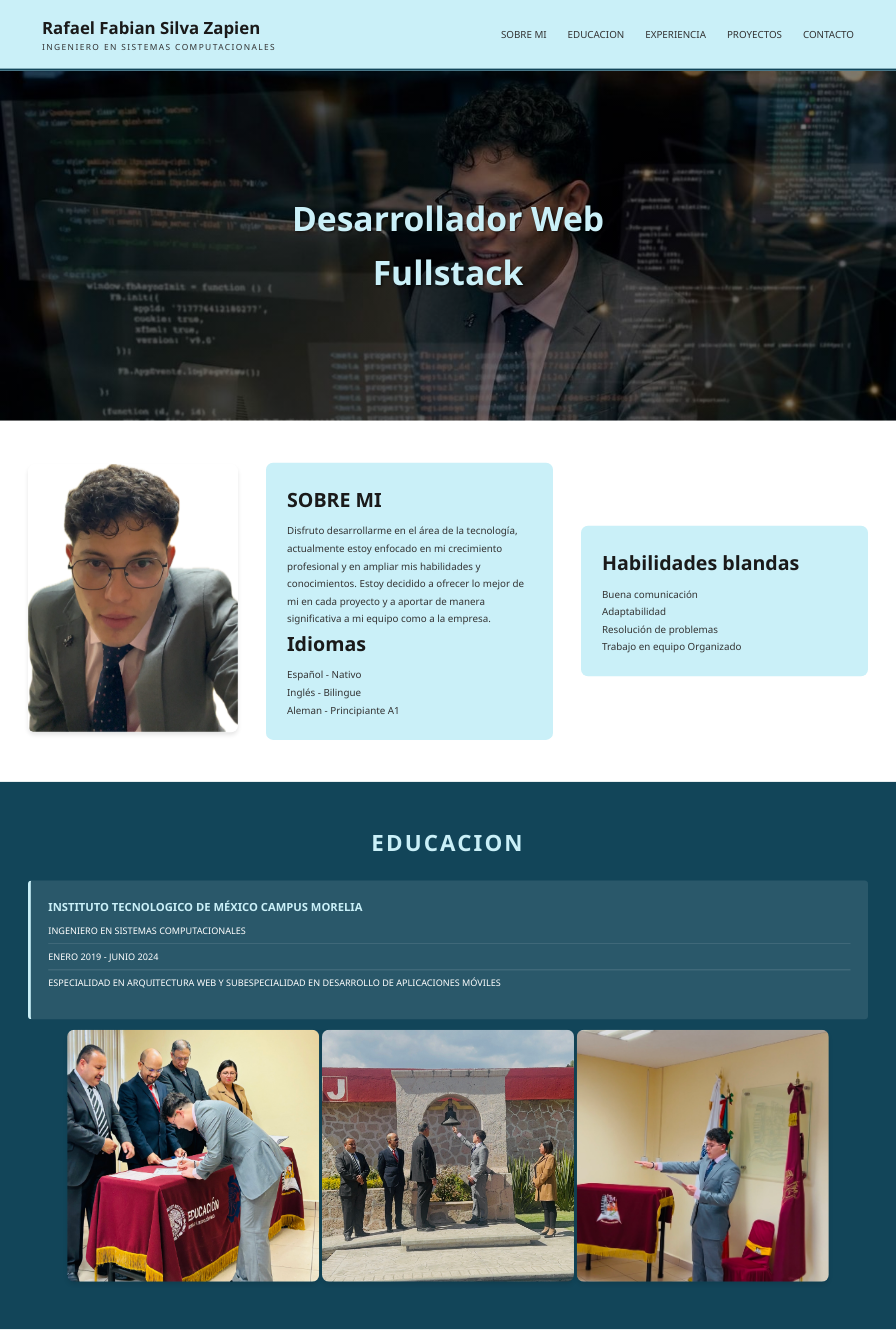
Repository: rafaelsilva2k/mi-portafolio
Page: index.html
The author's editor kept a copy of each file at every save. The page is drawn from the files as they stood at one save, then again after the next save.
The browser window is 1280 px wide. The pictures show the part of the page from y = 0 to 1920 px (the page is 3319 px tall), at 70% of full size.

Above is the page before, as saved 2026-04-17 12:58:42.

After the next save:
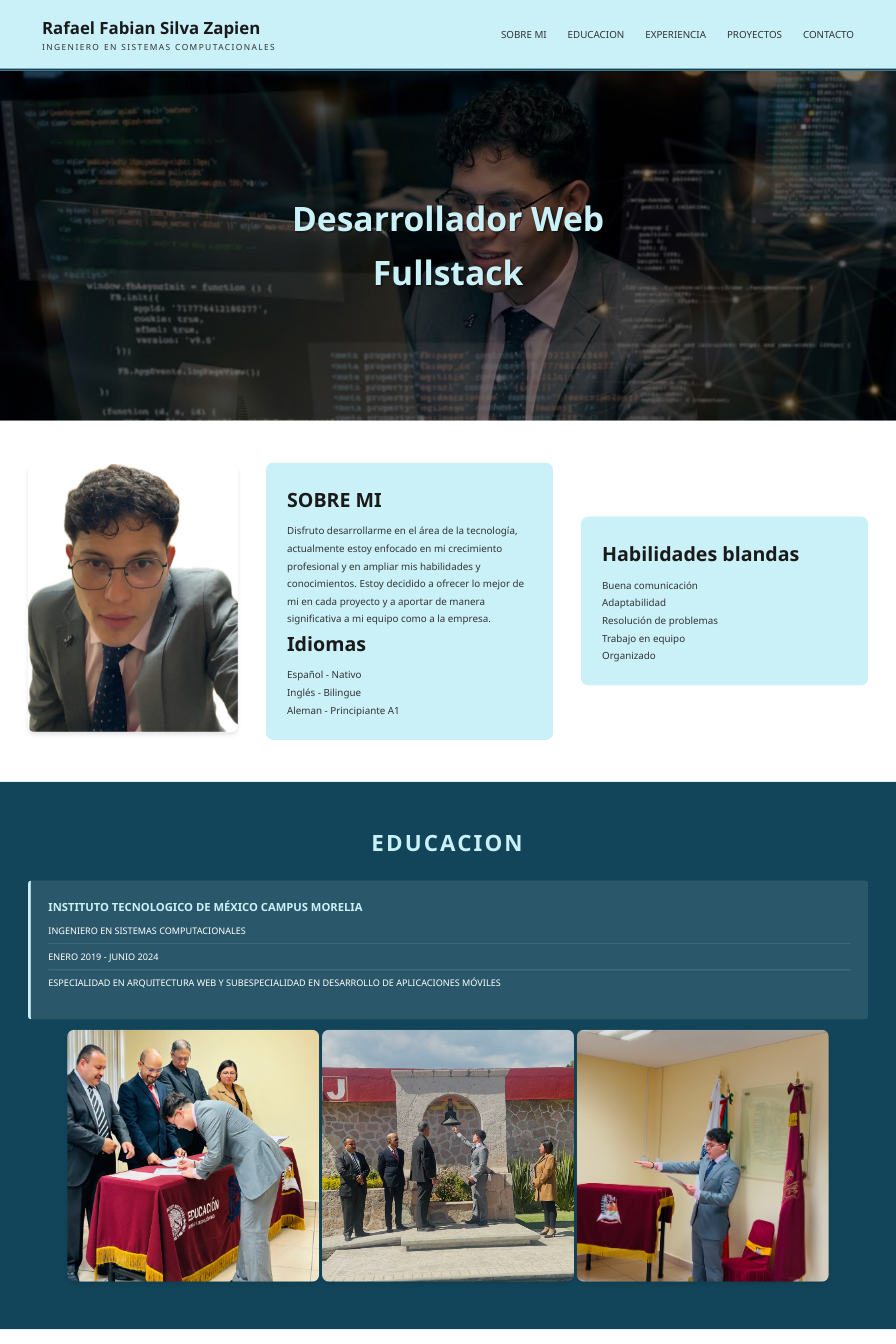
Saved 11 s later.
--- a/index.html
+++ b/index.html
@@ -48,7 +48,7 @@
             </div>
             <div class="sobre-mi-texto">
                 <h2>Habilidades blandas</h2>
-                <p>Buena comunicación <br> Adaptabilidad <br> Resolución de problemas <br> Trabajo en equipo  Organizado</p>
+                <p>Buena comunicación <br> Adaptabilidad <br> Resolución de problemas <br> Trabajo en equipo  <br> Organizado</p>
             </div>
         </div>
       </section>
